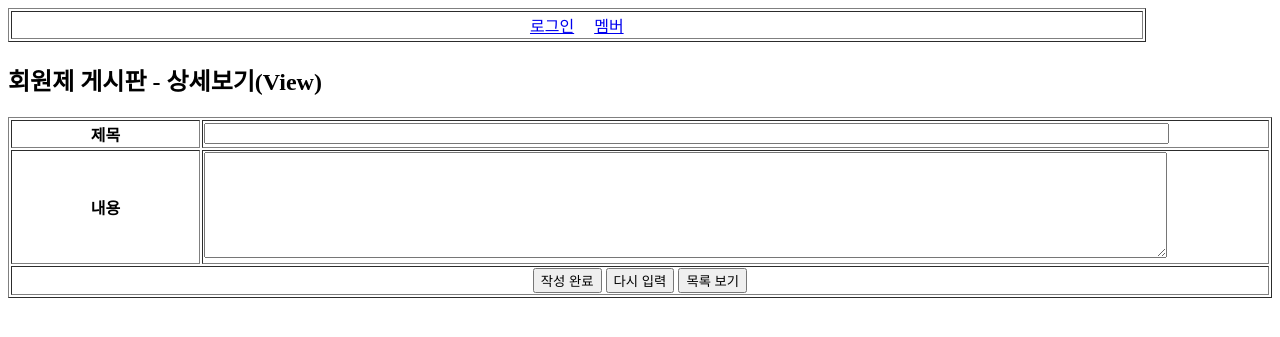
Repository: jungwoonAn/jsp_basic
Page: http://localhost/MustHaveJSP/BS_Board/View.jsp
These files come from the project's save history. The page is drawn as it stood at one moment and after the next save; the edit follows.
The browser window is 1280 px wide. The pictures show the whole page.
The page is served by Tomcat 10. Other server files are loaded and not shown. Queries for data that is not in the repository find no rows.

Above is the page before, as saved 2024-10-22 04:26:50.

### MustHaveJSP/src/main/webapp/BS_Board/View.jsp
<%@page import="model1.board.BoardVO"%>
<%@page import="model1.board.BoardDAO"%>
<%@ page language="java" contentType="text/html; charset=UTF-8"
    pageEncoding="UTF-8"%>
<%
// 쿼리스트링 파라미터값 받기
String num = request.getParameter("num");

// DB 연결
BoardDAO bDao = new BoardDAO(application);
bDao.updateVisitCount(num);
BoardVO bVo = bDao.selectView(num);
bDao.close();
%>
<!DOCTYPE html>
<html>
<head>
<meta charset="UTF-8">
<title>회원제 게시판 - 상세보기(View)</title>
</head>
<body>
	<jsp:include page="../Common/Link.jsp" />

	<h2>회원제 게시판 - 상세보기(View)</h2>
	<form name="viewFrm">
		<input type="hidden" name="num" value="<%= num %>">
		<table border="1" style="width: 100%;">
			<tbody>
				<tr>
					<th>제목</th>
					<td>
						<input type="text" name="title" style="width: 90%;">
					</td>
				</tr>
				<tr>
					<th>내용</th>
					<td>
						<textarea name="content" style="width: 90%; height: 100px;"></textarea>
					</td>
				</tr>
			</tbody>
			<tfoot>
				<tr>
					<td colspan="2" style="text-align: center;">
						<button type="submit">작성 완료</button>
						<button type="reset">다시 입력</button>
						<button type="button" onclick="location.href='List.jsp';">목록 보기</button>
					</td>
				</tr>
			</tfoot>
		</table>
	</form>

</body>
</html>

### MustHaveJSP/src/main/webapp/Common/Link.jsp
<%@ page language="java" contentType="text/html; charset=UTF-8"
    pageEncoding="UTF-8"%>
<table border="1" style="width:90%;">
	<tr>
		<td style="text-align:center;">
		<!-- 로그인 여부에 따른 메뉴 변화 -->
		<% if(session.getAttribute("UserId")==null) {
		%>
			<a href="../06_Session/LoginForm.jsp">로그인</a>
		<%
		}else {
		%>
			<a href="../06_Session/Logout.jsp">로그아웃</a>
		<%
		}
		%>
			<!-- 게시판 링크 -->
			&nbsp;&nbsp;&nbsp;
			<a href="../06_Session/List.jsp">멤버</a>

			<!--
			&nbsp;&nbsp;&nbsp;
			<a href="../08_Board/List.jsp">게시판(페이징X)</a>
			&nbsp;&nbsp;&nbsp;
			<a href="../09_PagingBoard/List.jsp">게시판(페이징O)</a>
			 -->
		</td>
	</tr>

</table>

### MustHaveJSP/src/main/java/common/JDBConnect.java
package common;

import java.sql.Connection;
import java.sql.DriverManager;
import java.sql.PreparedStatement;
import java.sql.ResultSet;
import java.sql.Statement;

import jakarta.servlet.ServletContext;

public class JDBConnect {
	public Connection conn;
	public Statement stmt;
	public PreparedStatement pstmt;
	public ResultSet rs;

	// 기본 생성자
	public JDBConnect() {
		try {
			// JDBC 드라이버 로드
			Class.forName("oracle.jdbc.OracleDriver");

			// DB 연결
			String url = "jdbc:oracle:thin:@localhost:1521:xe";
			String id = "musthave";
			String pwd = "1234";
			conn = DriverManager.getConnection(url, id, pwd);

			System.out.println("DB 연결 성공(기본 생성자)");
		}catch (Exception e) {
			e.printStackTrace();
		}
	}

	// 두번째 생성자
	public JDBConnect(String driver, String url, String id, String pwd) {
		try {
			// JDBC 드라이버 로드
			Class.forName(driver);

			// DB 연결
			conn = DriverManager.getConnection(url, id, pwd);

			System.out.println("DB 연결 성공(인수 생성자 1)");
		}catch (Exception e) {
			e.printStackTrace();
		}
	}

	// 세번째 생성자
	public JDBConnect(ServletContext application) {
		try {
			// JDBC 드라이버 로드
			String driver = application.getInitParameter("OracleDriver");
			Class.forName(driver);

			// DB 연결
			String url = application.getInitParameter("OracleURL");
			String id = application.getInitParameter("OracleId");
			String pwd = application.getInitParameter("OraclePwd");
			conn = DriverManager.getConnection(url, id, pwd);

			System.out.println("DB 연결 성공(인수 생성자 2)");
		}catch (Exception e) {
			e.printStackTrace();
		}
	}

	// 연결 해제(자원 반납)
	public void close() {
		try {
			if(rs != null) rs.close();
			if(stmt != null) stmt.close();
			if(pstmt != null) pstmt.close();
			if(conn != null) conn.close();

			System.out.println("JDBC 자원 해제");
		}catch(Exception e) {
			e.printStackTrace();
		}
	}

}

### MustHaveJSP/src/main/java/model1/board/BoardDAO.java
package model1.board;

import java.util.ArrayList;
import java.util.List;
import java.util.Map;

import common.JDBConnect;
import jakarta.servlet.ServletContext;

public class BoardDAO extends JDBConnect {

	// 1.DB 연결
	public BoardDAO(ServletContext application) {
		super(application);
	}

	// 2.게시물 개수 세기
	public int selectCount(Map<String, Object> map) {
		int totalCount = 0;  // 결과(게시물 수)를 담을 변수

		// 모든 게시물 수를 얻어오는 쿼리
		String sql = "select count(*) from board";

		// 검색 조회 : select count(*) from board where title like '%지금은%';
		if(map.get("searchWord") != null) {
			sql += " where " + map.get("searchField") + " "
					+ " like '%" + map.get("searchWord") + "%'";
		}

		try {
			stmt = conn.createStatement();  //쿼리문 생성
			rs = stmt.executeQuery(sql);  // 쿼리 실행
			rs.next();  // 커서를 첫번째 생으로 이동
			totalCount = rs.getInt(1);  // 첫번째 컬럼 값을 가져옴
		}catch(Exception e) {
			System.out.println("게시물 수를 구하는 중 예외 발생");
			e.printStackTrace();
		}

		return totalCount;
	}

	// 3.게시물 목록 가져오기
	public List<BoardVO> selectList(Map<String, Object> map){
		List<BoardVO> list = new ArrayList<BoardVO>();  // 결과(게시물 목록)를 담을 변수

		// 모든 게시물 조회
		String sql = "select * from board";

		// 검색 조회 : select * from board where title like '%지금은%';
		if(map.get("searchWord") != null) {
			sql += " where " + map.get("searchField") + " "
					+ " like '%" + map.get("searchWord") + "%'";
		}
		sql += " order by num desc";

		try {
			stmt = conn.createStatement();
			rs = stmt.executeQuery(sql);

			while(rs.next()) {
				// 한 행(게시물 하나)의 내용을 VO에 저장
				BoardVO bVo = new BoardVO();

				bVo.setNum(rs.getString("num"));
				bVo.setTitle(rs.getString("title"));
				bVo.setContent(rs.getString("content"));
				bVo.setPostdate(rs.getDate("postdate"));
				bVo.setId(rs.getString("id"));
				bVo.setVisitcount(rs.getString("visitcount"));

				list.add(bVo);
			}
		}catch(Exception e) {
			System.out.println("게시물 조회 중 예외 발생");
			e.printStackTrace();
		}

		return list;
	}

	// 4.작성한 글 받아 DB에 추가
	public int insertWrite(BoardVO bVo) {
		int result = 0;

		try {
			// insert 쿼리
			String sql = "insert into board(num, title, content, id, visitcount) "+
						"values(seq_board_num.nextval, ?, ?, ?, 0)";

			pstmt = conn.prepareStatement(sql);  // 동적 쿼리
			pstmt.setString(1, bVo.getTitle());
			pstmt.setString(2, bVo.getContent());
			pstmt.setString(3, bVo.getId());

			result = pstmt.executeUpdate();  // 쿼리 성공하면 추가한 행 개수 반환
		}catch(Exception e) {
			System.out.println("게시물 입력 중 예외 발생");
			e.printStackTrace();
		}

		return result;
	}

	// 5.선택한 게시물 찾아 내용 반환
	public BoardVO selectView(String num) {
		BoardVO bVo = new BoardVO();

		// 쿼리문
		String sql = "select B.*, M.name from member M, board B where M.id=B.id and num=?";

		try {
			pstmt = conn.prepareStatement(sql);
			pstmt.setString(1, num);  // 인파라미터를 일련번호로 설정
			rs = pstmt.executeQuery();

			// 결과 처리
			if(rs.next()) {
				bVo.setNum(rs.getString("num"));
				bVo.setTitle(rs.getString("title"));
				bVo.setContent(rs.getString("content"));
				bVo.setPostdate(rs.getDate("postdate"));
				bVo.setId(rs.getString("id"));
				bVo.setVisitcount(rs.getString("visitcount"));
				bVo.setName(rs.getString("name"));
			}
		}catch(Exception e) {
			System.out.println("게시물 상세보기 중 예외 발생");
			e.printStackTrace();
		}

		return bVo;
	}

	// 선택한 게시물의 조회수 1증가
	public void updateVisitCount(String num) {
		// 쿼리문
		String sql = "update board set visitcount=visitcount+1 where num=?";

		try {
			pstmt = conn.prepareStatement(sql);
			pstmt.setString(1, num);
			pstmt.executeUpdate();
		}catch(Exception e) {
			System.out.println("게시물 조회수 증가 중 예외 발생");
			e.printStackTrace();
		}
	}
}

### MustHaveJSP/src/main/java/model1/board/BoardVO.java
package model1.board;

import java.sql.Date;

public class BoardVO {
	private String num;
	private String title;
	private String content;
	private String id;
	private Date postdate;
	private String visitcount;
	private String name;
	public String getNum() {
		return num;
	}

	public void setNum(String num) {
		this.num = num;
	}
	public String getTitle() {
		return title;
	}
	public void setTitle(String title) {
		this.title = title;
	}
	public String getContent() {
		return content;
	}
	public void setContent(String content) {
		this.content = content;
	}
	public String getId() {
		return id;
	}
	public void setId(String id) {
		this.id = id;
	}
	public Date getPostdate() {
		return postdate;
	}
	public void setPostdate(Date postdate) {
		this.postdate = postdate;
	}
	public String getVisitcount() {
		return visitcount;
	}
	public void setVisitcount(String visitcount) {
		this.visitcount = visitcount;
	}
	public String getName() {
		return name;
	}
	public void setName(String name) {
		this.name = name;
	}
}

After the next save:
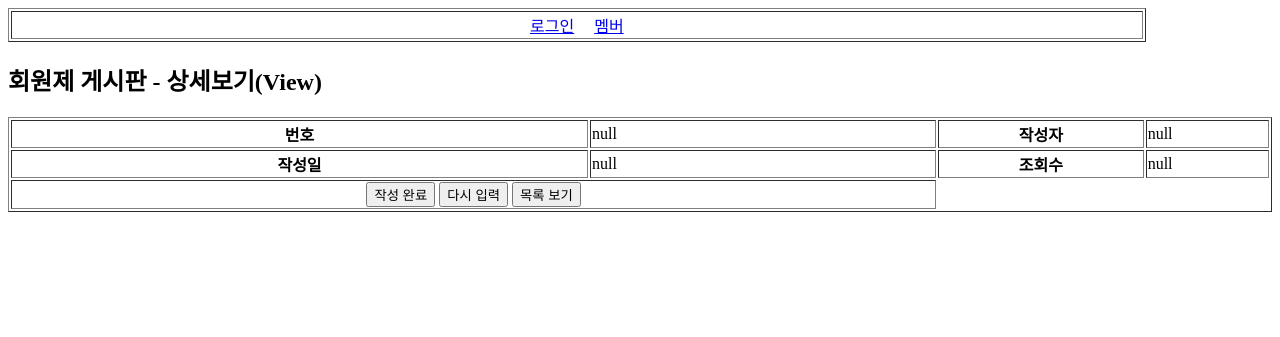
Saved 88 s later.
--- a/MustHaveJSP/src/main/webapp/BS_Board/View.jsp
+++ b/MustHaveJSP/src/main/webapp/BS_Board/View.jsp
@@ -27,16 +27,16 @@ bDao.close();
 		<table border="1" style="width: 100%;">
 			<tbody>
 				<tr>
-					<th>제목</th>
-					<td>
-						<input type="text" name="title" style="width: 90%;">
-					</td>
+					<th>번호</th>
+					<td><%= bVo.getNum() %></td>
+					<th>작성자</th>
+					<td><%= bVo.getName() %></td>
 				</tr>
 				<tr>
-					<th>내용</th>
-					<td>
-						<textarea name="content" style="width: 90%; height: 100px;"></textarea>
-					</td>
+					<th>작성일</th>
+					<td><%= bVo.getPostdate() %></td>
+					<th>조회수</th>
+					<td><%= bVo.getVisitcount() %></td>
 				</tr>
 			</tbody>
 			<tfoot>
